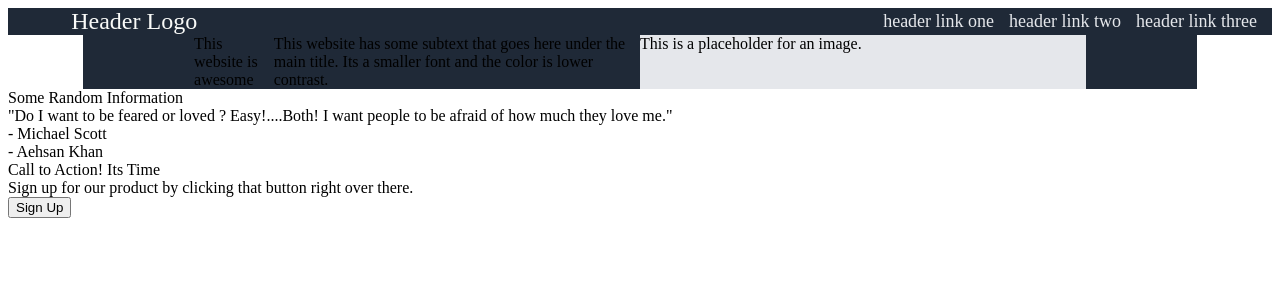
Repository: Aehsan4004/odinlandpage
Page: index.html
The author's editor kept a copy of each file at every save. The page is drawn from the files as they stood at one save, then again after the next save.
The browser window is 1280 px wide. The pictures show the whole page.

Above is the page before, as saved 2025-02-10 09:46:25.

After the next save:
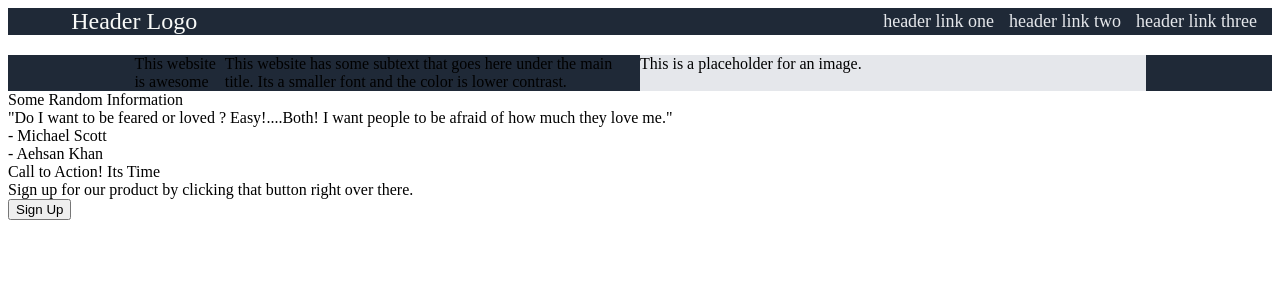
Saved 32 s later.
--- a/styles.css
+++ b/styles.css
@@ -39,7 +39,7 @@ ul {
     display: flex;
     background-color: #1f2937;
     justify-content: center;
-    margin: auto;
+    margin-top: 20px;
 }
 .left-box {
     display: flex;
